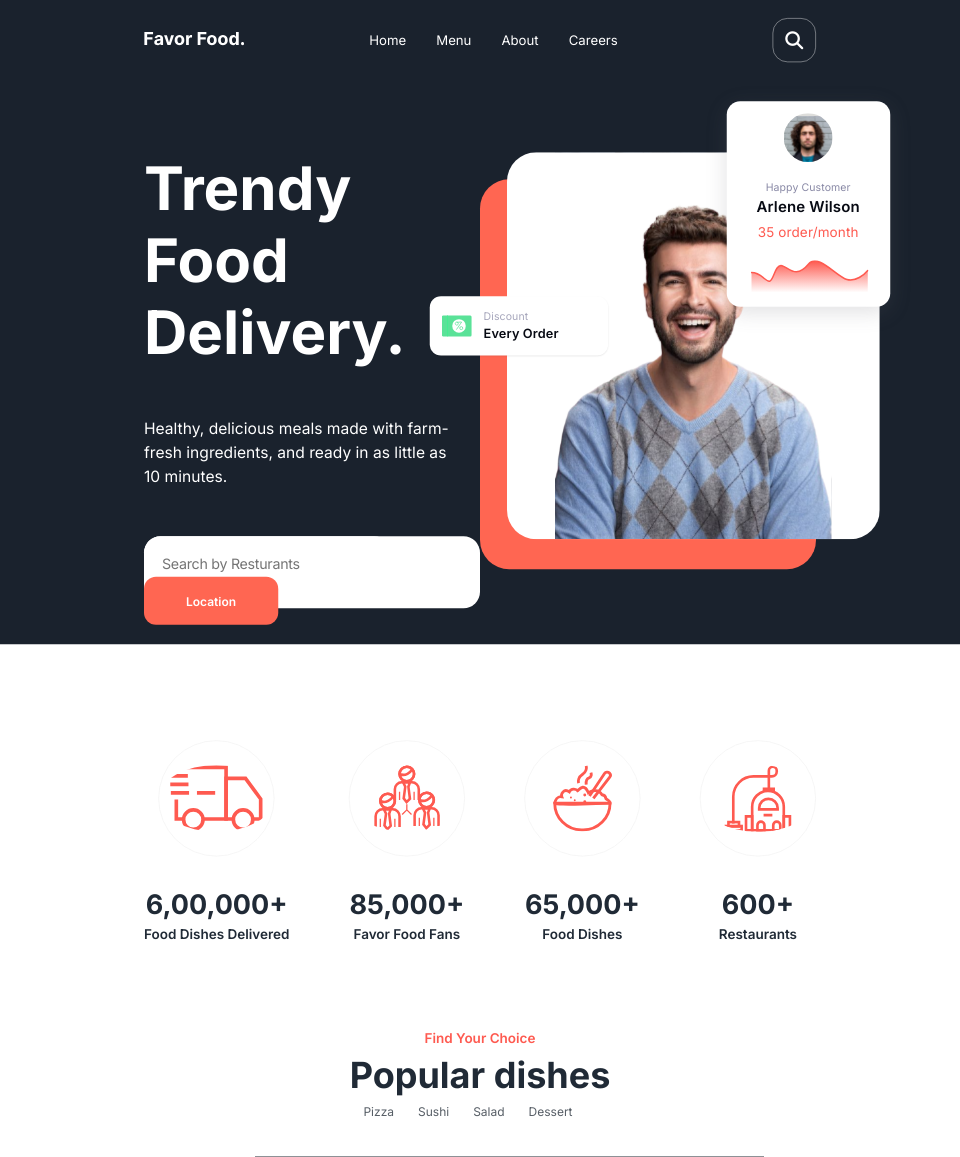
Repository: badhon252/favor-food
Page: index.html
These files come from the project's save history. The page is drawn as it stood at one moment and after the next save; the edit follows.
The browser window is 1280 px wide. The pictures show the whole page, at 75% of full size.
The style sheet was rebuilt from its Sass, Less or Tailwind sources for each picture, by a compiler version that may differ from the author's.

Above is the page before, as saved 2022-09-12 18:04:04.

### index.html
<!DOCTYPE html>
<html lang="en">

<head>
    <meta charset="UTF-8">
    <meta http-equiv="X-UA-Compatible" content="IE=edge">
    <meta name="viewport" content="width=device-width, initial-scale=1.0">
    <!-- fontawesome cdn link  -->
    <link rel="stylesheet" href="https://cdnjs.cloudflare.com/ajax/libs/font-awesome/6.2.0/css/all.min.css">
    <!-- custom css  -->
    <link rel="stylesheet" href="scss/style.css">

    <title>Favor-Food</title>
</head>

<body>
    <header class="">
        <div class="container">

            <nav>
                <div class="navbar-brand">
                    <img src="./images/logo.svg" alt="">
                </div>
                <ul class="nav">
                    <li><a href="">Home</a></li>
                    <li><a href="">Menu</a></li>
                    <li><a href="">About</a></li>
                    <li><a href="">Careers</a></li>
                </ul>

                <div class="search-icon">
                    <i class="fa-solid fa-magnifying-glass"></i>
                </div>
            </nav>

            <div class="header-content my-2">
                <div class="row">


                    <div class="col-md-6">
                        <h1>Trendy Food <br> Delivery.</h1>
                        <p class="my-5">Healthy, delicious meals made with farm- <br> fresh ingredients, and ready in as
                            little as <br>
                            10 minutes.
                        </p>
                        <form action="">
                            <input type="text" id="location" placeholder="Search by Resturants">
                            <label for="location">Location</label>
                        </form>
                    </div>
                    <div class="col-md-6">
                        <div class="card my-3">

                            <img src="./images/image 624.svg" class="header-main-img" alt="">

                            <div class="discount-card">
                                <img src="./images/Group 4347.svg" alt="">
                                <div class="discount">
                                    <h4>Discount</h4>
                                    <h2>Every Order</h2>
                                </div>
                            </div>
                            <div class="profile-card">
                                <img src="./images/Group 2738.svg" alt="">
                                <h4>Happy Customer</h4>
                                <h3>Arlene Wilson</h3>
                                <h2>35 order/month</h2>
                                <img src="./images/Group 2811.svg" alt="">
                            </div>
                        </div>
                    </div>
                </div>
            </div>
        </div>
    </header>

    <div class="second-section">
        <div class="row container">
            <div class="col-md-3">
                <img src="./images/Group 4321.svg" alt="" class="my-2 py-2">
                <h2>6,00,000+</h2>
                <h3>Food Dishes Delivered</h3>
            </div>
            <div class="col-md-3">
                <img src="./images/Group 4328.svg" alt="" class="my-2 py-2">
                <h2>85,000+</h2>
                <h3>Favor Food Fans</h3>
            </div>
            <div class="col-md-3">
                <img src="./images/Group 4323.svg" alt="" class="my-2 py-2">
                <h2>65,000+</h2>
                <h3>Food Dishes</h3>
            </div>
            <div class="col-md-3">
                <img src="./images/Group 4324.svg" alt="" class="my-2 py-2">
                <h2>600+</h2>
                <h3>Restaurants</h3>
            </div>
        </div>
    </div>

    <section class="third-section container">
        <h3>Find Your Choice</h3>
        <h2>Popular dishes</h2>
        <nav>
            <ul>
                <li><a href="">Pizza</a></li>
                <li><a href="">Sushi</a></li>
                <li><a href="">Salad</a></li>
                <li><a href="">Dessert</a></li>
            </ul>
        </nav>
    </section>
</body>

</html>

### scss/style.scss
@import url("https://fonts.googleapis.com/css2?family=Inter:wght@400;600;700;800;900&display=swap");
* {
  margin: 0%;
  padding: 0;
  box-sizing: border-box;
  font-family: "Inter", sans-serif;
}

.container {
  margin: 0 12rem;
}
.row {
  display: flex;
  align-items: center;
  justify-content: space-between;
  max-width: 100%;
  .col-md-6 {
    max-width: 50%;
  }
}
h1 {
  font-weight: 700;
  font-size: 5rem;
  line-height: 96px;
}
.my-2 {
  margin: 2rem 0;
}
.my-3 {
  margin: 3rem 0;
}
.my-4 {
  margin: 4rem 0;
}
.my-5 {
  margin: 5rem 0;
}
.my-5 {
  margin: 5rem 0;
}
.my-6 {
  margin: 6rem 0;
}
.btn {
  outline: none;
  border: none;
  padding: 15px 30px;
}
.py-1 {
  padding: 1rem 0;
}
.py-2 {
  padding: 2rem 0;
}
.py-3 {
  padding: 3rem 0;
}
.py-4 {
  padding: 4rem 0;
}
//==========
//=========
// =======
header {
  background-color: #1a222d;
  color: #fff;
  nav {
    display: flex;
    justify-content: space-between;
    align-items: center;
    padding: 1.5rem 0;
    ul {
      display: flex;
      li {
        list-style-type: none;
        a {
          text-decoration: none;
          color: #fff;
          margin-right: 2.5rem;
          font-size: 1.1rem;
          font-weight: 500;
        }
      }
    }

    .search-icon {
      color: #fff;
      border: 1px solid rgba(255, 255, 255, 0.521);
      border-radius: 50%;
      padding: 1rem;
      border-radius: 20px;
      cursor: pointer;
      &:hover {
        opacity: 1;
      }
      i {
        font-size: 1.5rem;
      }
    }
  }

  .header-content {
    min-height: 80vh;
    padding: 3rem 0;
    h1 {
      margin: 1rem 0;
    }
    p {
      font-size: 1.3rem;
      font-weight: 500;
      margin: 4rem 0;
      line-height: 32px;
    }
    form {
      display: inline-block;
      border-radius: 22px;
      background: #ffffff;
      input {
        padding: 1.5rem;
        font-size: 19px;
        line-height: 28px;
        letter-spacing: -0.02em;
        outline: none;
        border: none;
        color: #b1b1b1;
        border-radius: 22px;
      }
      label {
        background: #ff6652;
        border-radius: 16px;
        padding: 1.4rem 3.5rem;
        margin-right: 0.6rem;
        cursor: pointer;
        font-weight: 600;
      }
    }

    .card {
      background: #ff6652;
      border-radius: 39px;
      // padding: 0 4rem;
      position: relative;
      .header-main-img {
        background-color: #fff;
        padding: 0 4rem;
        border-radius: 39px;
        position: relative;
        margin-left: 8%;
        margin-bottom: 8%;
        margin-top: -8%;
        transition: 0.4s;
        &:hover {
          margin-top: 0%;
          margin-left: 0%;
          margin-bottom: 0%;
        }

        // padding-left: 3rem;
        // &:hover {
        //   margin: -2rem -2rem auto auto;
        // }
      }

      .discount-card {
        position: absolute;
        top: 30%;
        left: -15%;
        background-color: #fff;
        color: #000;
        padding: 1rem;
        display: flex;
        border-radius: 15px;
        width: 238px;
        box-shadow: rgba(0, 0, 0, 0.1) 0px 1px 2px 0px;

        img {
          margin-right: 1rem;
        }
        h4 {
          font-weight: 400;
          font-size: 14px;
          line-height: 21px;
          letter-spacing: 0.01em;
          color: #a6a6bb;
        }
        h2 {
          font-weight: 600;
          font-size: 17px;
          line-height: 26px;
          letter-spacing: 0.01em;
          color: #070a13;
        }
      }
      .profile-card {
        position: absolute;
        top: -20%;
        right: -22%;
        width: 218px;
        height: 274px;
        background-color: #fff;
        border-radius: 18px;
        color: #000;
        padding: 0 2rem;
        text-align: center;
        box-shadow: rgba(100, 100, 111, 0.2) 0px 7px 29px 0px;
        img {
          margin: 1rem 0;
        }
        h4 {
          font-weight: 500;
          font-size: 14px;
          line-height: 16px;
          text-align: center;
          letter-spacing: 0.01em;
          color: #8888a5;
          margin: 0.4rem 0;
        }
        h3 {
          font-weight: 600;
          font-size: 20px;
          line-height: 23px;
          letter-spacing: 0.01em;
          color: #070a13;
        }
        h2 {
          font-weight: 500;
          font-size: 18px;
          line-height: 21px;
          letter-spacing: 0.01em;
          color: #fe5a50;
          margin: 0.7rem 0;
        }
      }
    }
  }
}

.second-section {
  padding: 4rem 0;
  text-align: center;
  img {
    border-radius: 50%;
    width: 155px;
    height: 155px;

    background: #ffffff;
    border: 1px solid #f3f3f3;
    &:hover {
      box-shadow: rgba(0, 0, 0, 0.1) 0px 20px 25px -5px,
        rgba(0, 0, 0, 0.04) 0px 10px 10px -5px;
    }
  }
  h2 {
    font-weight: 700;
    font-size: 36px;
    line-height: 54px;
    text-align: center;
    color: #202a36;
  }
  h3 {
    font-weight: 600;
    font-size: 18px;
    line-height: 27px;
    text-align: center;
    color: #202a36;
  }
}

.third-section {
  padding: 3rem 0;
  h3 {
    font-weight: 600;
    font-size: 18px;
    line-height: 27px;
    text-align: center;
    color: #fe5a50;
  }
  h2 {
    font-weight: 700;
    font-size: 48px;
    line-height: 72px;
    text-align: center;
    color: #202a36;
  }
  nav {
    ul {
      display: flex;
      align-items: center;
      justify-content: center;
      li {
        list-style: none;
        margin-right: 2rem;
        a {
          text-decoration: none;
          font-size: 1rem;
          line-height: 24px;
          text-align: center;
          color: #575e66;
        }
      }
    }
  }
}

After the next save:
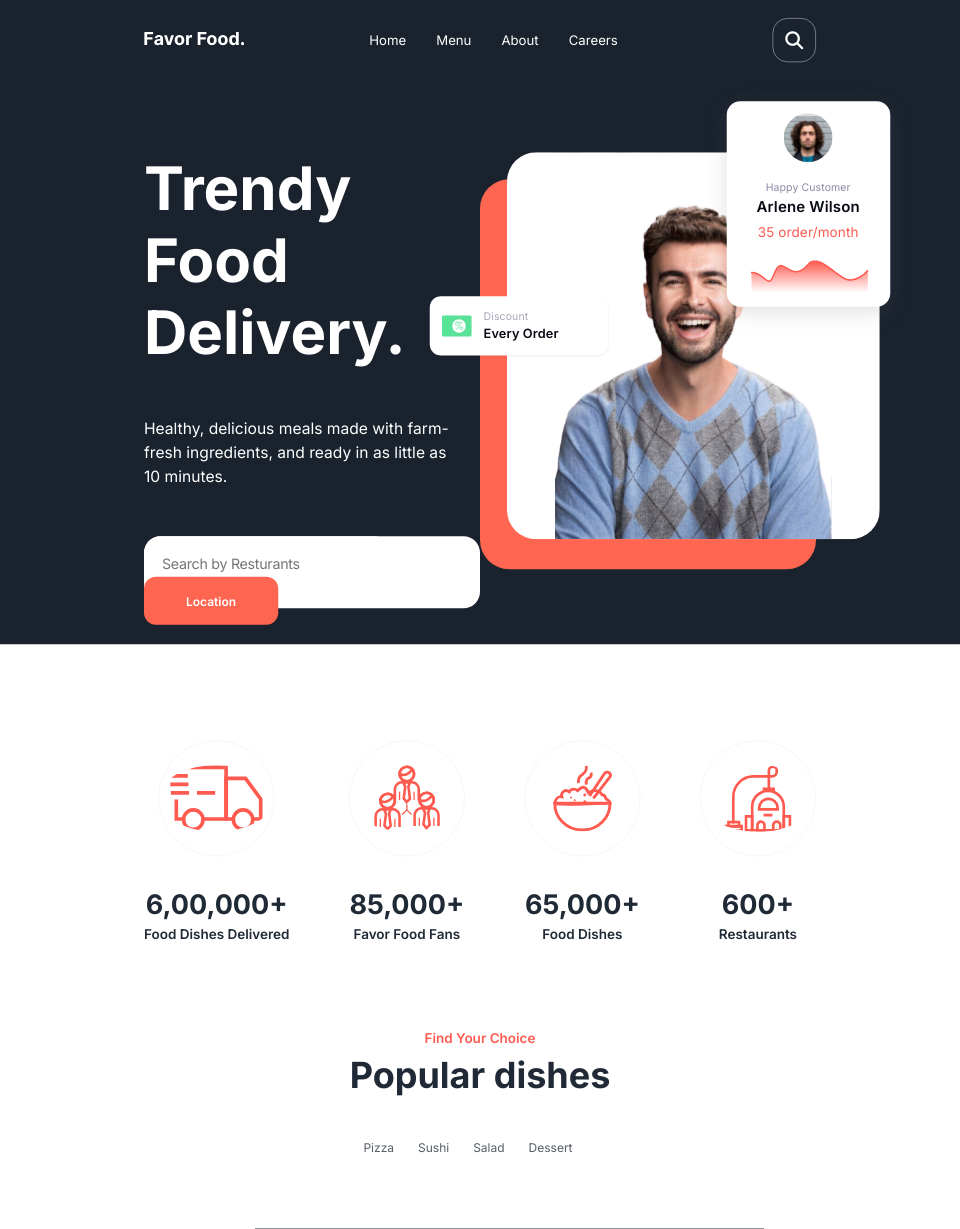
Saved 27 s later.
--- a/index.html
+++ b/index.html
@@ -102,7 +102,7 @@
     <section class="third-section container">
         <h3>Find Your Choice</h3>
         <h2>Popular dishes</h2>
-        <nav>
+        <nav class="my-3">
             <ul>
                 <li><a href="">Pizza</a></li>
                 <li><a href="">Sushi</a></li>
